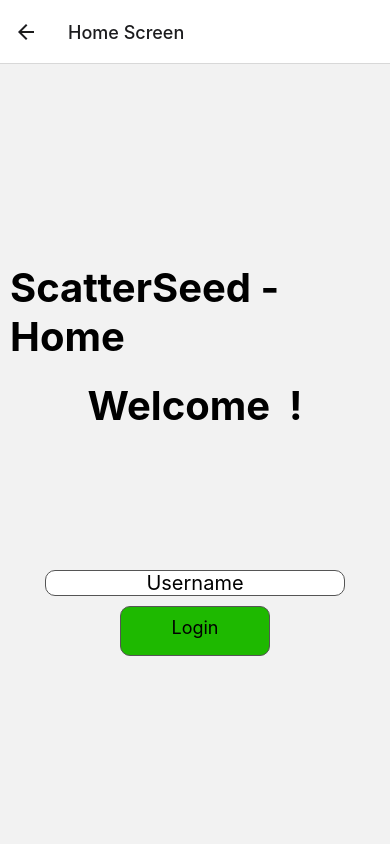
Repository: Curraje/scatter-seed-app
Screen: /Home
These files come from the project's save history. The screen is drawn as it stood at one moment and after the next save; the edit follows.
The app was drawn by React Native's web renderer in a window 390 px wide. The project was rebuilt for these pictures with package versions that can differ from the ones it lists, and the page was loaded fresh each time. Some packages were replaced by stand-ins written for this rebuild.

Above is the screen before, as saved 2022-03-06 14:20:38.

### index.js
import App from "./src/App";
import { registerRootComponent } from "expo";

// Main Entry Point for App
registerRootComponent(App);

### src/App.tsx
import React from "react";
//import { StatusBar } from "expo-status-bar";
// import { StyleSheet } from "react-native";
// import Header from "./components/Header";
// import CustomButton from "./components/CustomButton";
import { NavigationContainer } from "@react-navigation/native";
// import { createBottomTabNavigator } from "@react-navigation/bottom-tabs";
// import { createMaterialBottomTabNavigator } from "@react-navigation/material-bottom-tabs";
//import { createMaterialTopTabNavigator } from "@react-navigation/material-top-tabs";
//import { createDrawerNavigator } from "@react-navigation/drawer";
import { createNativeStackNavigator } from "@react-navigation/native-stack";
import FontAwesome5 from "react-native-vector-icons/FontAwesome5";
import Login from "./screens/Login";
import Home from "./screens/Home";

// const Tab = createBottomTabNavigator();
// const Tab = createMaterialBottomTabNavigator();
//const Tab = createMaterialTopTabNavigator();
//const Drawer = createDrawerNavigator();
const Stack = createNativeStackNavigator();

export default function App() {
  return (
    <NavigationContainer>
      <Stack.Navigator
        initialRouteName="Login"
        screenOptions={{  }}

      >
        <Stack.Screen
          name="Home"
          component={Home}
          options={{
            title: "Home Screen",
          }}
        />
        <Stack.Screen
          name="Login"
          component={Login}
          options={{
            title: "Login Screen",
            headerShown: false,
          }}
          initialParams={{ItemName:"Item from Drawer", ItemId: 1}}
        />
      </Stack.Navigator>
    </NavigationContainer>
  );
}

### src/screens/Login.tsx
/* eslint-disable indent */
import React, { useEffect, useState } from "react";
import { View, StyleSheet, Image, Text, TextInput, Alert } from "react-native";
import CustomButton from "../utils/CustomButton";
import AsyncStorage from "@react-native-async-storage/async-storage";

// eslint-disable-next-line @typescript-eslint/no-explicit-any
export default function Login({ navigation }: any) {
    const [name, setName]=useState("");

    useEffect(() => {
        getData();
      }, []);

      const getData = () => {
        try {
          AsyncStorage.getItem("UserName")
            .then(value => {
              if (value != null) {
                navigation.navigate("Home");
              }
            }
            );
        } catch (error) {
          console.log(error);
        }
      };

    const setData = async () => {
      if (name.length < 1) {
        Alert.alert("Warning!", "Please enter a username");
      } else {
          try {
            await AsyncStorage.setItem("UserName", name);
            navigation.navigate("Home");
          } catch (error) {
            console.log(error);
          }
      }
    };

  return (
    <View
      style={styles.loginBody}
    >
      <Image
        style={styles.loginImage}
        source={require("../../assets/bruce.png")}
      />
      <Text style={styles.loginText}>Async Storage</Text>
      <TextInput
        style={styles.loginInput}
        placeholder="Username"
        onChangeText={(value) => setName(value)}
      />
      <CustomButton
        title="Login"
        regular_color="#1eb900"
        pressed_color="#1eb999"
        onPressFunction={setData}
      />
    </View>
  );
}

const styles = StyleSheet.create({
  loginBody: {
    flex: 1,
    alignItems: "center",
    backgroundColor: "#0080ff",
  },
  loginImage: {
      width:100,
      height: 100,
      margin: 20,
      resizeMode: "contain"
  },
  loginText: {
      fontSize: 35,
      fontWeight: "bold",
  },
  loginInput: {
    width: 300,
    borderWidth: 1,
    borderColor: "#555",
    borderRadius: 10,
    backgroundColor: "#ffffff",
    textAlign: "center",
    fontSize: 20,
    marginTop: 130,
    marginBottom: 10,
  },
});

### src/screens/Home.tsx
import React, { useEffect, useState } from "react";
//import { StatusBar } from "expo-status-bar";
import { Alert, StyleSheet, Text, TextInput, View } from "react-native";
import AsyncStorage from "@react-native-async-storage/async-storage";
import CustomButton from "../utils/CustomButton";
import GlobalStyles from "../utils/GlobalStyles";


// eslint-disable-next-line @typescript-eslint/no-explicit-any
export default function Home({ navigation, route }: any) {

  const [name, setName] = useState("");

  useEffect(() => {
    getData();
  }, []);

  const getData = () => {
    try {
      AsyncStorage.getItem("UserName")
        .then(value => {
          if (value != null) {
            setName(value);
          }
        }
        );
    } catch (error) {
      console.log(error);
    }
  };

  const updateData = async () => {
    if (name.length < 1) {
      Alert.alert("Warning!", "Please enter a username");
    } else {
      try {
        await AsyncStorage.setItem("UserName", name);
        Alert.alert("Success!", "Your name has been updated.");
      } catch (error) {
        console.log(error);
      }
    }
  };

  return (
    <View style={[GlobalStyles.body]}>
      <Text style={[GlobalStyles.text]}>ScatterSeed - Home</Text>
      <Text style={[GlobalStyles.text]}>Welcome {name} !</Text>
      <TextInput
        style={styles.updateInput}
        placeholder="Username"
        onChangeText={(value) => setName(value)}
      />
      <CustomButton
        title="Login"
        regular_color="#1eb900"
        pressed_color="#1eb999"
        onPressFunction={updateData}
      />
    </View>
  );
}

const styles = StyleSheet.create({
  updateBody: {
    flex: 1,
    alignItems: "center",
    backgroundColor: "#0080ff",
  },
  updateImage: {
      width:100,
      height: 100,
      margin: 20,
      resizeMode: "contain"
  },
  updateText: {
      fontSize: 35,
      fontWeight: "bold",
  },
  updateInput: {
    width: 300,
    borderWidth: 1,
    borderColor: "#555",
    borderRadius: 10,
    backgroundColor: "#ffffff",
    textAlign: "center",
    fontSize: 20,
    marginTop: 130,
    marginBottom: 10,
  },
});

### src/utils/CustomButton.tsx
import React from "react";
import { Pressable, StyleSheet, Text } from "react-native";

// eslint-disable-next-line @typescript-eslint/no-explicit-any
const CustomButton = (props: any) => {
  return (
    <Pressable
      onPress={props.onPressFunction}
      hitSlop={{ top: 10, bottom: 10, right: 10, left: 10 }}
      android_ripple={{ color: "#00f" }}
      style={({ pressed }) => [
        { backgroundColor: pressed ? props.pressed_color : props.regular_color },
        styles.button,
        { ...props.style },
      ]}
    >
      <Text style={styles.text}>{props.title}</Text>
    </Pressable>
  );
};

const styles = StyleSheet.create({
  text: {
    color: "#000000",
    fontSize: 18,
    margin: 10,
    textAlign: "center",
  },
  button: {
    width: 150,
    height: 50,
    alignItems: "center",
    borderWidth: 1,
    borderColor: "#555",
    borderRadius: 10,
  },
});

export default CustomButton;

### src/utils/GlobalStyles.tsx
import { StyleSheet } from "react-native";

export default StyleSheet.create({
  body: {
    flex: 1,
    justifyContent: "center",
    alignItems: "center",
  },
  text: {
    fontSize: 40,
    fontWeight: "bold",
    margin: 10,
  },
});

After the next save:
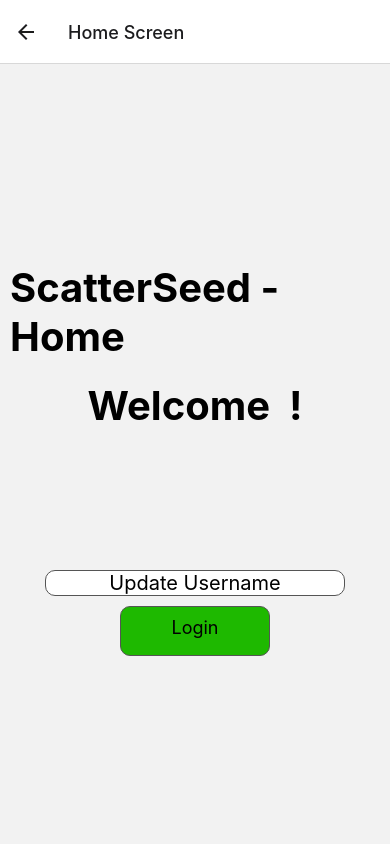
Saved 10 s later.
--- a/src/screens/Home.tsx
+++ b/src/screens/Home.tsx
@@ -48,7 +48,7 @@ export default function Home({ navigation, route }: any) {
       <Text style={[GlobalStyles.text]}>Welcome {name} !</Text>
       <TextInput
         style={styles.updateInput}
-        placeholder="Username"
+        placeholder="Update Username"
         onChangeText={(value) => setName(value)}
       />
       <CustomButton
